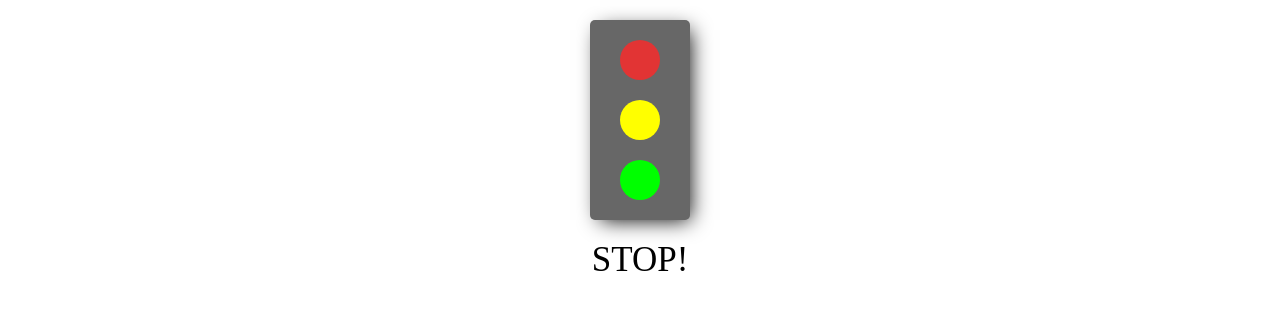
Repository: DoruFurtuna/skillup-semaphore-homework
Page: index.html
These files come from the project's save history. The page is drawn as it stood at one moment and after the next save; the edit follows.
The browser window is 1280 px wide. The pictures show the whole page.

Above is the page before, as saved 2019-07-16 08:09:11.

After the next save:
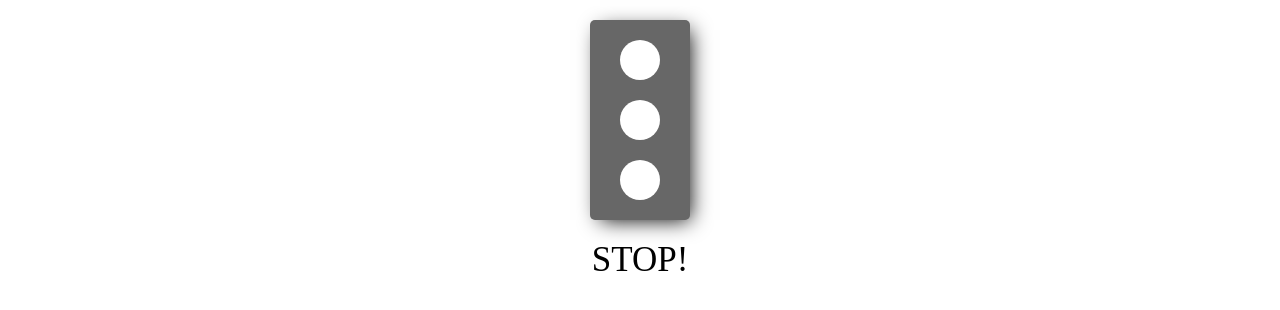
Saved 38 s later.
--- a/styles.css
+++ b/styles.css
@@ -26,12 +26,12 @@
   border-radius: 100%;
 }
 
-#semaphore li.red {
+#semaphore li.active.red {
   background-color: #e23434;
 }
-#semaphore li.yellow {
+#semaphore li.active.yellow {
   background-color: yellow;
 }
-#semaphore li.green {
+#semaphore li.active.green {
   background-color: lime;
 }

After the save that followed:
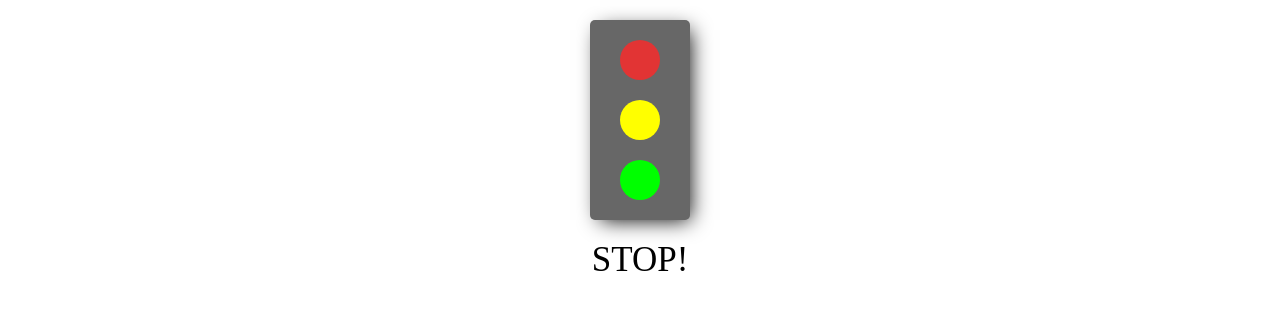
Saved 59 s later.
--- a/styles.css
+++ b/styles.css
@@ -26,6 +26,16 @@
   border-radius: 100%;
 }
 
+#semaphore li.red {
+  background-color: #e23434;
+}
+#semaphore li.yellow {
+  background-color: yellow;
+}
+#semaphore li.green {
+  background-color: lime;
+}
+
 #semaphore li.active.red {
   background-color: #e23434;
 }
